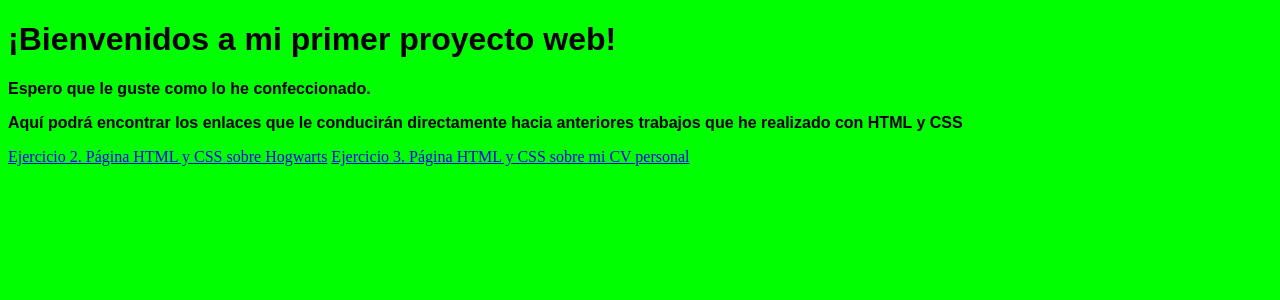
Repository: Pablosky971/Ejercicio-4.-Proyecto-Web
Page: http://localhost/Ejercicio4/
The author's editor kept a copy of each file at every save. The page is drawn from the files as they stood at one save, then again after a run of saves.
The browser window is 1280 px wide. The pictures show the whole page.
The page is served by Tomcat 9.

Above is the page before, as saved 2022-03-09 12:38:09.

### Ejercicio4/src/main/webapp/index.html
<!DOCTYPE html>
<html>
<head>
<meta charset="UTF-8">
<title>Presentación</title>
<link rel="stylesheet" href="css/index.css">
</head>
<body>
	<header>
		<h1 class="titulo"> ¡Bienvenidos a mi primer proyecto web! </h1>
		<h3 class="subtitulo"> Espero que le guste como lo he confeccionado.</h3>

	</header>

	<main>

	<nav>
		<h3 class="navegacion"> Aquí podrá encontrar los enlaces que le conducirán directamente hacia anteriores trabajos que he realizado con HTML y CSS</h3>
		<a href="ejercicio2"> Ejercicio 2. Página HTML y CSS sobre Hogwarts</a>
		<a href="ejercicio3"> Ejercicio 3. Página HTML y CSS sobre mi CV personal</a>
	</nav>
	</main>

</body>
</html>

### Ejercicio4/src/main/webapp/css/index.css
body {
	background-color: #00FF00;

}
h1.titulo {
	font-family: sans-serif;
	font-size: xx-large;

}

h3.subtitulo {
	font-family: sans-serif;
	font-size: medium;
}

h3.navegacion {
	font-family: sans-serif;
	font-size: medium;
}

a {

}

After the next 2 saves:
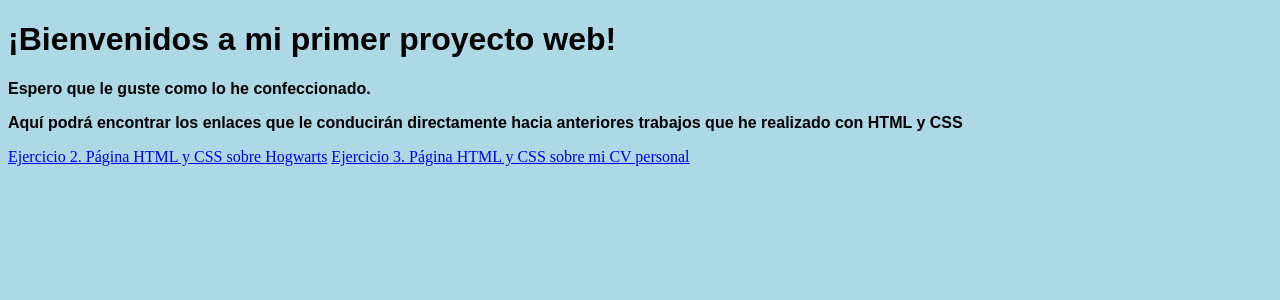
The 2 saves are shown as one change because they came seconds apart.
The last was saved 37 s later.
--- a/Ejercicio4/src/main/webapp/css/index.css
+++ b/Ejercicio4/src/main/webapp/css/index.css
@@ -1,5 +1,5 @@
 body {
-	background-color: #00FF00;
+	background-color: lightblue;
 
 }
 h1.titulo {
